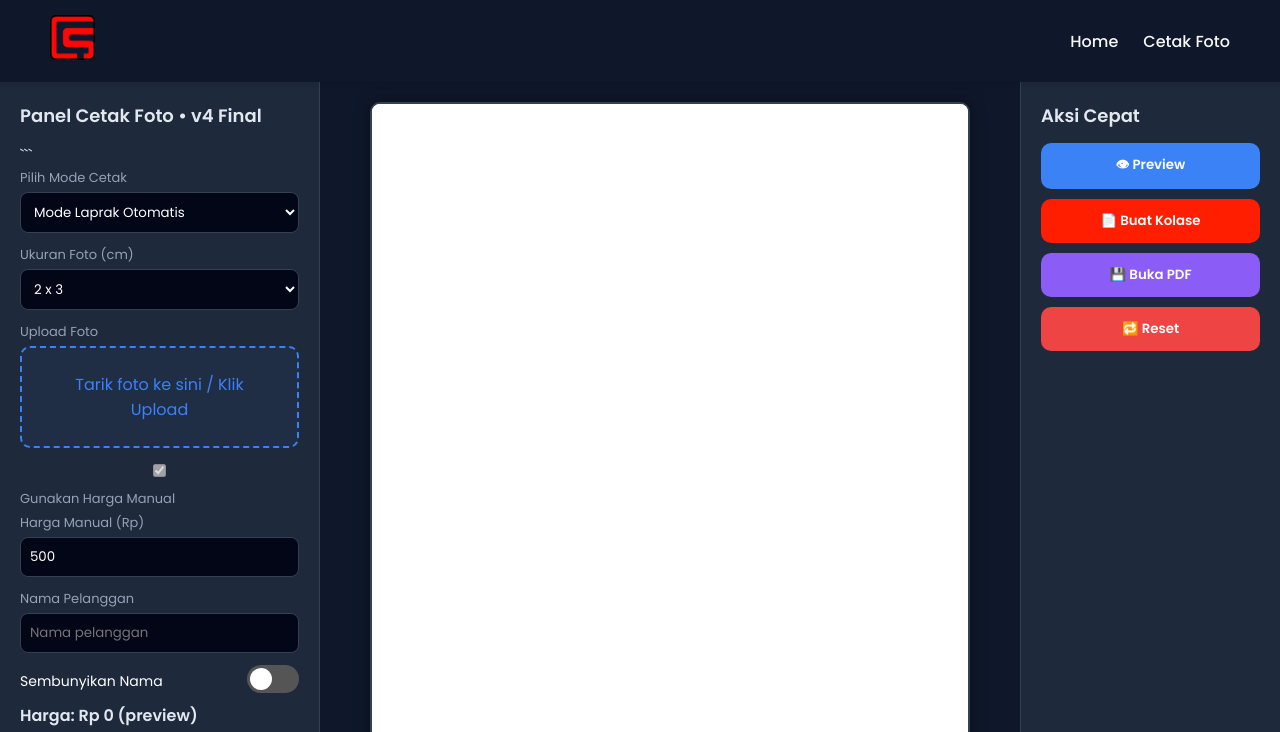
Repository: procinema22/hiisedulurfc
Page: cetakfoto.html
These files come from the project's save history. The page is drawn as it stood at one moment and after the next save; the edit follows.
The browser window is 1280 px wide. The pictures show the whole page.
An inner scrolling area shows only its first screen.

Above is the page before, as saved 2026-04-27 22:16:33.

After the next save:
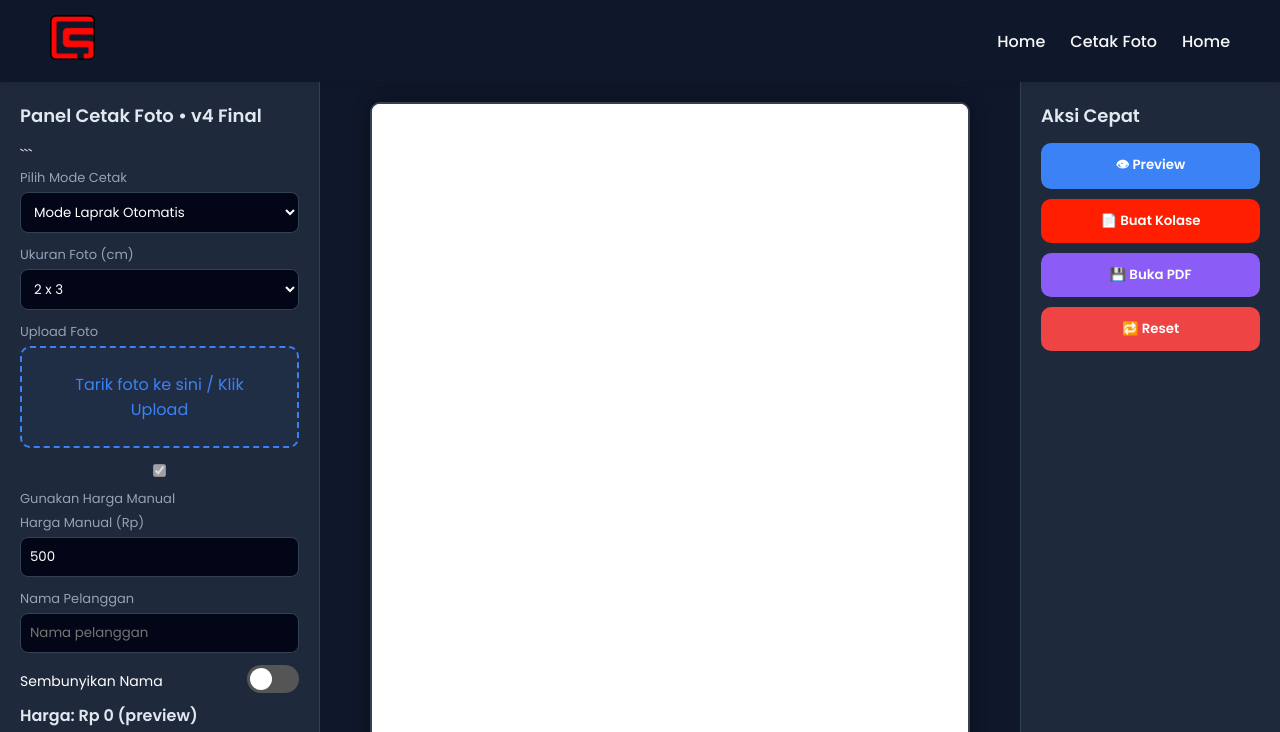
Saved 2 min 44 s later.
--- a/cetakfoto.html
+++ b/cetakfoto.html
@@ -18,6 +18,7 @@
     <ul>
       <li><a href="index.html">Home</a></li>
       <li><a href="cetakfoto.html" class="active">Cetak Foto</a></li>
+      <li><a href="convert-image.html">Home</a></li>
     </ul>
   </nav>
 </header>
